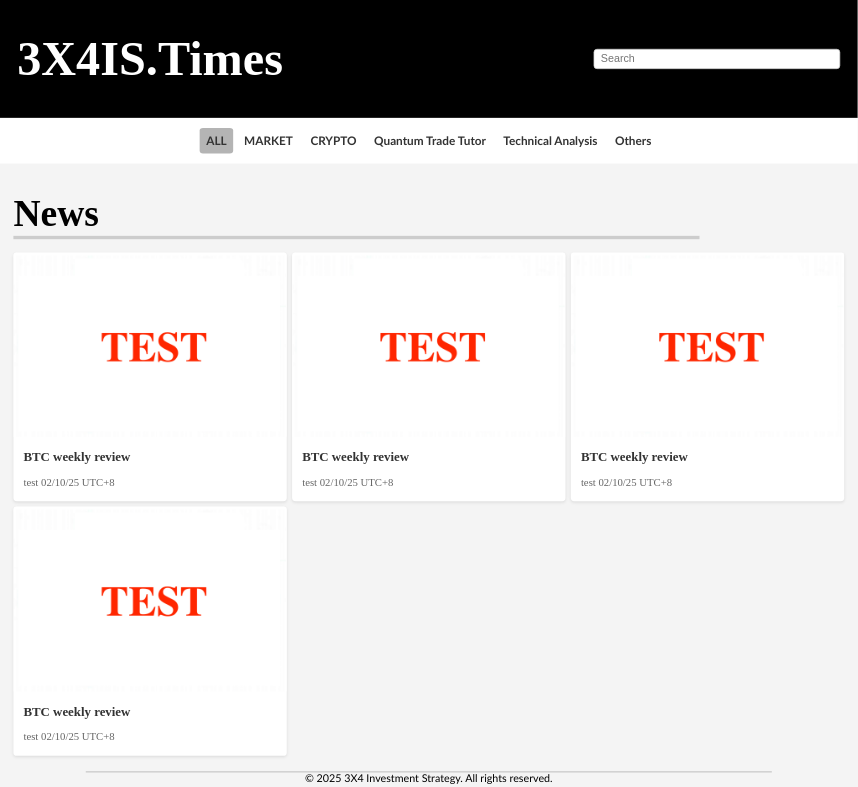
Repository: SongSongLook/songsonglook.github.io
Page: index.html
The author's editor kept a copy of each file at every save. The page is drawn from the files as they stood at one save, then again after the next save.
The browser window is 1280 px wide. The pictures show the whole page, at 67% of full size.

Above is the page before, as saved 2025-02-17 21:08:20.

### index.html
<!DOCTYPE html>
<html lang="zh">
<head>
  <meta charset="UTF-8">
  <meta name="viewport" content="width=device-width, initial-scale=1.0">
  <title>Homepage</title>
  <link rel="stylesheet" href="css/style.css">
  <link rel="stylesheet" href="css/news.css">
</head>
<body>
  <header>
    <!-- First column：logo and search container -->
    <div class="header-top">
      <a href="index.html" class="logo">3X4IS.Times</a>
      <div class="search-container">
        <input type="text" id="search-input" placeholder="Search">
      </div>
      <div class="mobile-menu" id="mobile-menu">
        <span></span>
        <span></span>
        <span></span>
      </div>
    </div>

    <!-- Second column: nav list -->
    <nav>
      <ul class="nav-list">
        <li data-category="all" class="active">ALL</li>
        <li data-category="market">MARKET</li>
        <li data-category="crypto">CRYPTO</li>
        <li data-category="QTT">Quantum Trade Tutor</li>
        <li data-category="TA">Technical Analysis</li>
        <li data-category="etc">Others</li>
      </ul>
    </nav>
  </header>

  <div class="carousel-container">
    <div class="carousel">
      <!-- 輪播項目將由 script.js 動態生成 -->
    </div>
    <button class="carousel-prev">&lt;</button>
    <button class="carousel-next">&gt;</button>
  </div>

  <div class="logo-2">News</div>
  <hr class="custom-divider">

  <main>
    <section class="news-container" id="news-container">
      <!-- news card dynamically filled by script.js -->
    </section>
  </main>

  <hr class="custom-divider-2">
  <footer>
    <p>&copy; 2025 3X4 Investment Strategy. All rights reserved.</p>
  </footer>

  <script src="js/newsData.js"></script>
  <script src="js/script.js"></script>
</body>
</html>

### css/style.css
/* Reset 與基本設定 */
* {
    box-sizing: border-box;
    margin: 0;
    padding: 0;
  }

  html, body {
    height: 100%;
    margin: 0;
  }

  main {
    flex: 1;
  }

  body {
    display: flex;
    flex-direction: column;
    font-family: serif, sans-serif;
    line-height: 1.6;
    background-color: #f4f4f4;
    color: #333;
  }

  footer {
    font-family:'Gill Sans', 'Gill Sans MT', Calibri, 'Trebuchet MS', sans-serif;
    color: #000000;
    padding: 0px 0px 5px;
    font-size: 1.0rem;
    text-align: center;
    line-height: 1.0rem;
  }

/*---------------------------------------------------*/

/* header-top */
.header-top {
  display: flex;
  justify-content: space-between;
  align-items: center;
  padding: 5% 2%;  /* 根據需求調整內邊距 */
  background-color: #000000; /* 若希望背景一致，可設定相同背景色 */
  line-height: 300%;
}

a.logo {
  text-decoration: none;
  font-family: 'Times New Roman', Times, serif;
  color: #ffffff;  /* 根據需求調整顏色 */
  font-size: 4.5rem;
  font-weight: bold;
}

.logo-2 {
  text-decoration: none;
  font-family: 'Times New Roman', Times, serif;
  color: #000000;  /* 根據需求調整顏色 */
  padding: 1% 20px;
  font-size: 3.5rem;
  font-weight: bold;
  line-height: 75%;
}

.search-container {
  width: 30%;
  margin: 0;
}

#search-input {
  width: 100%;
  padding: 5px 10px;
  font-size: 1rem;
  border: 1px solid #ccc;
  border-radius: 5px;
}

.search-results {
  display: grid;
  grid-template-columns: repeat(3, 1fr);
  gap: 20px;
  padding: 20px;
}

/*---------------------------------------------------*/

/* nav  */
nav {
  background-color: #ffffff; /* 可根據設計調整 */
  padding: 5px 20px;
  font-family:'Gill Sans', 'Gill Sans MT', Calibri, 'Trebuchet MS', sans-serif
}

/* 導覽列樣式 */
.nav-list {
  list-style: none;
  display: flex;
  justify-content: center; /* 或依需求對齊 */
  margin: 0;
  padding: 0;
  font-weight: bold;
  font-size: 1.1rem;
}

.nav-list li {
  margin: 10px 3px;
  padding: 5px 10px;
  cursor: pointer;
  transition: background 0.2s;
}

.nav-list li:hover,
.nav-list li.active {
  background: #b4b4b4;
  border-radius: 10%;
}

/* 手機選單樣式 */
.mobile-menu {
  display: none; /* 根據響應式設計調整 */
  flex-direction: column;
  cursor: pointer;
}

.mobile-menu span {
  height: 3px;
  width: 25px;
  background: #ffffff;
  margin: 5px 0;
  transition: 0.3s;
}

/*---------------------------------------------------*/

.custom-divider {
  border: none;                /* 先移除預設邊框 */
  border-top: 5px solid #ccc;   /* 設定上邊框作為分割線 */
  width: 80%;                  /* 可設定寬度 */
  margin-left: 20px;
}
.custom-divider-2 {
  border: none;                /* 先移除預設邊框 */
  border-top: 2px solid #ccc;   /* 設定上邊框作為分割線 */
  margin: 3px 0px 0px 0px;              /* 設定上下間距 */
  width: 80%;                  /* 可設定寬度 */
  margin-left: auto;           /* 置中對齊 */
  margin-right: auto;
}

/*---------------------------------------------------*/

/* 響應式調整：如在較窄視窗中，調整 header-top 與 nav-list 的顯示 */
@media (max-width: 668px) {
  .header-top {
    flex-direction: column;
    align-items: center;
  }
  .search-container {
    width: 80%;
    margin-top: 10px; /* 與 logo 分隔一點 */
  }
  #search-input {
    font-size: 0.9rem;  /* 可根據需求調整 */
  }
  .nav-list {
    display: none;
    flex-direction: column;
    background: #acacac;
    font-weight: bold;
    position: absolute;
    top: 120px;
    right: 20px;
    width: 150px;
    border-radius: 5px;
  }
  .nav-list.active {
    display: flex;
  }
  .mobile-menu {
    display: flex;
  }
  .news-container {
    grid-template-columns: repeat(1, 1fr);
  }
}

### css/news.css
/* 新聞卡片區：3 欄排列 */
.news-container {
  display: grid;
  grid-template-columns: repeat(3, 1fr);
  gap: 8px;
  padding: 20px;
}

/* News Card 樣式 */
.news-card {
  background: #fff;
  border-radius: 5px;
  overflow: hidden;
  box-shadow: 0 2px 5px rgba(0,0,0,0.1);
  transition: transform 0.3s;
  cursor: pointer;
}

.news-card:hover {
  transform: translateY(-5px);
}

.news-card img {
  width: 100%;
  display: block;
}

.news-content {
  padding: 15px;
}

.news-content h3 {
  margin-bottom: 10px;
  font-size: 1.2rem;
}

.news-content p {
  color: #666;
}

/* Carousel 輪播區 */
.carousel-container {
  overflow: hidden;
  margin: 20px auto;
  max-width: 1200px;
  position: relative;
  z-index: 2;
}

.carousel {
  display: flex;
  transition: transform 0.5s ease;
}

.carousel-item {
  background-color: rgb(214, 214, 214);
  min-width: 100%;
  box-sizing: border-box;
  padding: 10px;
}

.carousel-item img {
  width: 100%;
  border-radius: 5px;
}

.carousel-item h3 {
  font-size: 2rem;  /* 根據需要調整字體大小 */
  margin: 10px 0;
}

/* 輪播箭頭 */
.carousel-prev, .carousel-next {
  position: absolute;
  top: 50%;
  transform: translateY(-50%);
  background: rgba(0,0,0,0.5);
  color: #fff;
  border: none;
  padding: 10px;
  cursor: pointer;
  z-index: 10;
}

.carousel-prev {
  left: 10px;
}

.carousel-next {
  right: 10px;
}

@media (max-width: 668px) {
  .carousel-item h3 {
    font-size: 1.5rem;
  }
}

### js/newsData.js
//data-category:
//--market
//--crypto
//--forex
//--TA
//--etc
const newsData = [
    {
      id: 1,
      title: "BTC weekly review",
      category: "crypto",
      description: "test 02/10/25 UTC+8",
      image: "images/截圖 2024-05-26 下午9.32.11.png",
      fullContent:  `
      <p>完整的政治新聞內容：詳細描述政治事件、背景與可能的影響，讓讀者獲得更深入的了解。</p>
      <p>在這裡你可以插入圖片：</p>
      <img src="https://via.placeholder.com/600x400?text=內文圖片" alt="內文圖片">
      <p>圖片說明：這是一張示意圖。也可以使用 <strong>加粗文字</strong> 來強調重點。</p>
    `,
    tags: ["btc", "analysis"]
    },
    {
      id: 2,
      title: "BTC weekly review",
      category: "crypto",
      description: "test 02/10/25 UTC+8",
      image: "images/截圖 2024-05-26 下午9.32.11.png",
      fullContent:  `
      <p>完整的政治新聞內容：詳細描述政治事件、背景與可能的影響，讓讀者獲得更深入的了解。</p>
      <p>在這裡你可以插入圖片：</p>
      <img src="https://via.placeholder.com/600x400?text=內文圖片" alt="內文圖片">
      <p>圖片說明：這是一張示意圖。也可以使用 <strong>加粗文字</strong> 來強調重點。</p>
    `,
    tags: ["政治", "featured"]
    },
    {
      id: 3,
      title: "BTC weekly review",
      category: "crypto",
      description: "test 02/10/25 UTC+8",
      image: "images/截圖 2024-05-26 下午9.32.11.png",
      fullContent:  `
      <p>完整的政治新聞內容：詳細描述政治事件、背景與可能的影響，讓讀者獲得更深入的了解。</p>
      <p>在這裡你可以插入圖片：</p>
      <img src="https://via.placeholder.com/600x400?text=內文圖片" alt="內文圖片">
      <p>圖片說明：這是一張示意圖。也可以使用 <strong>加粗文字</strong> 來強調重點。</p>
    `,
    tags: ["政治", "featured"]
    },
    {
      id: 4,
      title: "BTC weekly review",
      category: "crypto",
      description: "test 02/10/25 UTC+8",
      image: "images/截圖 2024-05-26 下午9.32.11.png",
      fullContent:  `
      <p>完整的政治新聞內容：詳細描述政治事件、背景與可能的影響，讓讀者獲得更深入的了解。</p>
      <p>在這裡你可以插入圖片：</p>
      <img src="https://via.placeholder.com/600x400?text=內文圖片" alt="內文圖片">
      <p>圖片說明：這是一張示意圖。也可以使用 <strong>加粗文字</strong> 來強調重點。</p>
    `,
    tags: ["政治", "featured"]
    }
  ];

### js/script.js
// script.js

// 全域變數：目前分類、搜尋關鍵字及標籤過濾
let currentCategory = "all";
let searchQuery = "";
let currentTag = ""; // 當首頁以 ?tag=... 過濾文章時使用

// 取得 URL 參數的函式
function getQueryParameter(name) {
  const urlParams = new URLSearchParams(window.location.search);
  return urlParams.get(name);
}

// 根據分類、搜尋與標籤過濾並渲染新聞卡片
function renderNews(category = "all", search = "", tag = "") {
  const container = document.getElementById("news-container");
  container.innerHTML = "";

  let filteredNews = newsData;
  if (tag.trim() !== "") {
    filteredNews = filteredNews.filter(news => news.tags && news.tags.includes(tag));
  } else if (category !== "all") {
    filteredNews = filteredNews.filter(news => news.category === category);
  }

  if (search.trim() !== "") {
    filteredNews = filteredNews.filter(news =>
      news.title.toLowerCase().includes(search.toLowerCase()) ||
      news.description.toLowerCase().includes(search.toLowerCase())
    );
  }

  filteredNews.forEach(news => {
    const card = document.createElement("div");
    card.className = "news-card";
    card.innerHTML = `
      <img src="${news.image}" alt="${news.title}">
      <div class="news-content">
        <h3>${news.title}</h3>
        <p>${news.description}</p>
      </div>
    `;
    card.addEventListener("click", () => {
      window.location.href = "article.html?id=" + news.id;
    });
    container.appendChild(card);
  });
}

// 輪播功能：根據 "featured" 標籤選出文章
let currentSlide = 0;
function renderCarousel() {
  const carousel = document.querySelector(".carousel");
  const featuredNews = newsData.filter(news => news.tags && news.tags.includes("featured"));
  carousel.innerHTML = "";
  featuredNews.forEach(news => {
    const item = document.createElement("div");
    item.className = "carousel-item";
    item.innerHTML = `
      <img src="${news.image}" alt="${news.title}">
      <h3>${news.title}</h3>
    `;
    item.addEventListener("click", () => {
      window.location.href = "article.html?id=" + news.id;
      // 或依需求導向特定標籤頁面：location.href = "index.html?tag=" + encodeURIComponent("featured");
    });
    carousel.appendChild(item);
  });
}

function showSlide(index) {
  const carousel = document.querySelector(".carousel");
  const totalSlides = carousel.children.length;
  if (index >= totalSlides) {
    currentSlide = 0;
  } else if (index < 0) {
    currentSlide = totalSlides - 1;
  } else {
    currentSlide = index;
  }
  carousel.style.transform = `translateX(-${currentSlide * 100}%)`;
}

document.addEventListener("DOMContentLoaded", () => {
  // 讀取 URL 中的 tag 參數（若有，則以標籤過濾文章）
  const tagParam = getQueryParameter("tag");
  if (tagParam) {
    currentTag = tagParam;
  }

  renderNews(currentCategory, searchQuery, currentTag);
  renderCarousel();

  document.querySelectorAll(".nav-list li").forEach(li => {
    li.addEventListener("click", function() {
      document.querySelectorAll(".nav-list li").forEach(el => el.classList.remove("active"));
      this.classList.add("active");
      currentCategory = this.getAttrbute("data-category");
      currentTag = ""; // 切換分類時取消標籤過濾
      renderNews(currentCategory, searchQuery, currentTag);
      const navList = document.querySelector(".nav-list");
      if (navList.classList.contains("active")) {
        navList.classList.remove("active");
      }
    });
  });

  const searchInput = document.getElementById("search-input");
  searchInput.addEventListener("input", () => {
    searchQuery = searchInput.value;
    renderNews(currentCategory, searchQuery, currentTag);
  });

  document.querySelector(".carousel-prev").addEventListener("click", () => {
    showSlide(currentSlide - 1);
  });
  document.querySelector(".carousel-next").addEventListener("click", () => {
    showSlide(currentSlide + 1);
  });

  const mobileMenu = document.getElementById("mobile-menu");
  mobileMenu.addEventListener("click", () => {
    document.querySelector(".nav-list").classList.toggle("active");
  });
  // 自動輪播設定：每3秒自動切換下一張
  setInterval(() => {
    showSlide(currentSlide + 1);
  }, 3000);  // 3000 毫秒 = 3 秒

});

After the next save:
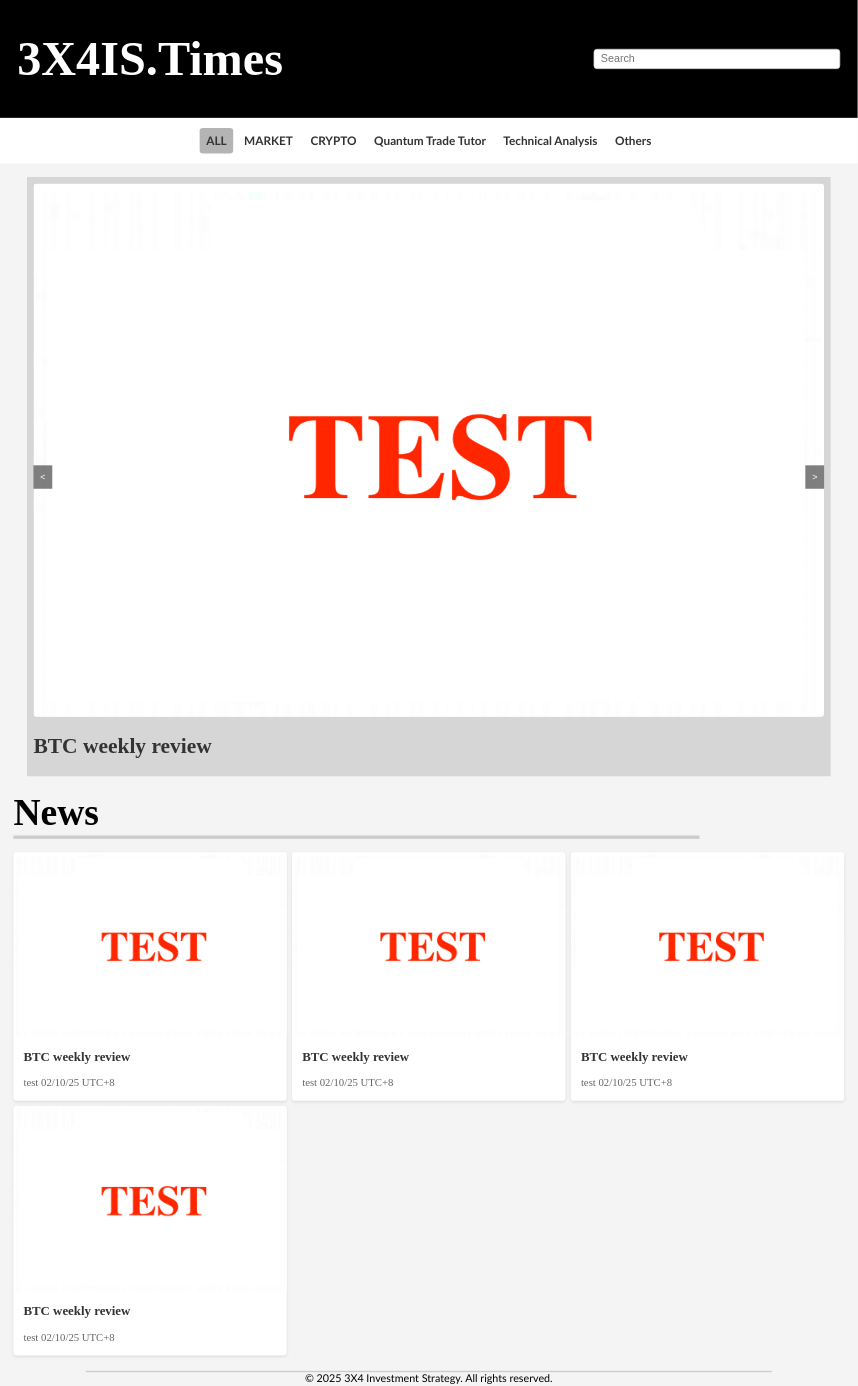
Saved 6 min 59 s later.
--- a/index.html
+++ b/index.html
@@ -35,18 +35,17 @@
     </nav>
   </header>
 
-  <div class="carousel-container">
-    <div class="carousel">
-      <!-- 輪播項目將由 script.js 動態生成 -->
-    </div>
-    <button class="carousel-prev">&lt;</button>
-    <button class="carousel-next">&gt;</button>
-  </div>
+  <main>
+    <section class="carousel-container">
+      <section class="carousel">
+        <!-- 輪播項目將由 script.js 動態生成 -->
+      </section>
+      <button class="carousel-prev">&lt;</button>
+      <button class="carousel-next">&gt;</button>
+    </section>
 
-  <div class="logo-2">News</div>
-  <hr class="custom-divider">
-
-  <main>
+    <section class="logo-2">News</section>
+    <hr class="custom-divider">
     <section class="news-container" id="news-container">
       <!-- news card dynamically filled by script.js -->
     </section>
